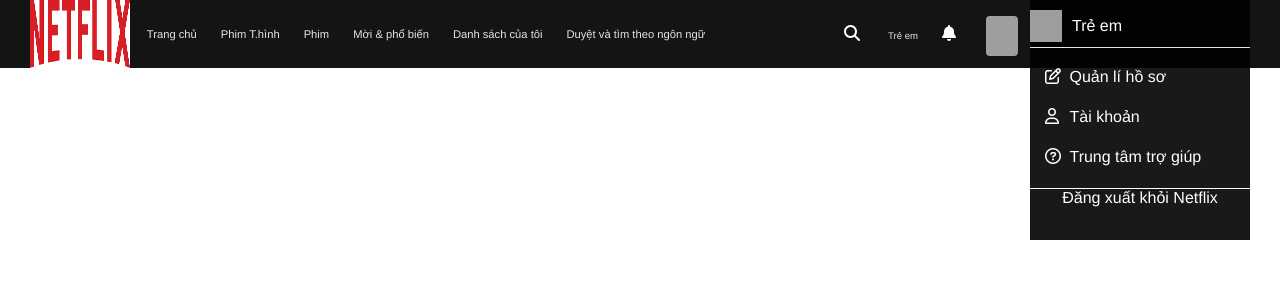
Repository: Tbs-Giang-Luong/neflix
Page: netflix/index.html
These files come from the project's save history. The page is drawn as it stood at one moment and after the next save; the edit follows.
The browser window is 1280 px wide. The pictures show the whole page.
Pictures or frames that could not be fetched are drawn as grey boxes.

Above is the page before, as saved 2022-10-11 16:09:39.

### netflix/index.html
<!DOCTYPE html>
<html lang="en">
<head>
    <meta charset="UTF-8">
    <meta http-equiv="X-UA-Compatible" content="IE=edge">
    <meta name="viewport" content="width=device-width, initial-scale=1.0">
    <link rel="stylesheet" href="./asset/css/grid.css">
    <link rel="stylesheet" href="./asset/fonts/fontawesome-free-6.2.0-web/css/all.min.css">
    <link rel="stylesheet" href="./asset/css/styles.css">
    <link rel="stylesheet" href="./asset/css/main.css">
    <title>Document</title>
</head>
<body>
    <div id="main grid wide">
        <div id="header">
            <img class="header-logo" src="data:[embedded picture, 4426 characters]" data-deferred="1" alt="upload.wikimedia.org/wikipedia/commons/thumb/0/..." data-atf="true" data-iml="706.6999999992549">
            <div class="header-main">
                <ui class="main__navigation">
                    <li class="navigation-item">
                        <a href="">Trang chủ</a>

                    </li>
                    <li class="navigation-item">
                        <a href="">Phim T.hình</a>

                    </li>
                    <li class="navigation-item">
                        <a href="">Phim</a>

                    </li>
                    <li class="navigation-item">
                        <a href="">Mời & phổ biến</a>

                    </li>
                    <li class="navigation-item">
                        <a href="">  Danh sách của tôi</a>

                    </li>
                    <li class="navigation-item">
                        <a href=""> Duyệt và tìm theo ngôn ngữ</a>

                    </li>
                </ui>
            </div>
            <div class="header__sub">
                <ul class="secondary__navigation">
                    <li class="header__sub-item">
                        <span class="header-search">
                            <i class="fa-solid fa-magnifying-glass"></i>
                        </span>

                    </li>
                    <li class="header__sub-item">
                        <a href="">Trẻ em</a>
                    </li>
                    <li class="header__sub-item display-notification ">
                        <span class="item-notification ">
                            <i class="fa-solid fa-bell"></i>
                            <div class="header__notification">
                                <h4>Không có thông báo gần đây</h4>
                            </div>
                        </span>

                    </li>
                    <li class="header__sub-item">
                        <img class="avatar" src="https://occ-0-325-58.1.nflxso.net/dnm/api/v6/K6hjPJd6cR6FpVELC5Pd6ovHRSk/AAAABY20DrC9-11ewwAs6nfEgb1vrORxRPP9IGmlW1WtKuaLIz8VxCx5NryzDK3_ez064IsBGdXjVUT59G5IRuFdqZlCJCneepU.png?r=229" alt="Avatar">
                    </li>
                    <div class="header__sub-register">
                        <header class="header__sub-register-title">
                            <img class="user-avatar" src="https://scontent.fhph1-1.fna.fbcdn.net/v/t39.30808-6/311119555_109525788604361_45868553879103488_n.jpg?_nc_cat=110&ccb=1-7&_nc_sid=8bfeb9&_nc_ohc=YA-Q0zFBo-MAX8DiBhv&_nc_ht=scontent.fhph1-1.fna&oh=00_AT-TR6HWOTBlD7z4vqIBG82bLVfP4k8ApmDVC3XX4fmfNQ&oe=6349D433" alt="">
                            <p>Trẻ em</p>
                        </header>
                        <ul class="main-register">
                            <li class="register-item">
                                <i class="fa-regular fa-pen-to-square"></i>
                                <a href="">Quản lí hồ sơ</a>
                            </li>
                            <li class="register-item">
                                <i class="fa-regular fa-user"></i>
                                <a href="">Tài khoản</a>
                            </li>
                            <li class="register-item">
                                <i class="fa-regular fa-circle-question"></i>
                                <a href="">Trung tâm trợ giúp</a>
                            </li>

                        </ul>
                        <span class="register-logout">

                            <a href="" >Đăng xuất khỏi Netflix</a>
                        </span>

                    </div>

                </ul>

            </div>


        </div>

        <div id="content">

        </div>

        <div id="footer">

        </div>
    </div>
</body>
</html>

### netflix/asset/css/grid.css
.grid {
    width: 100%;
    display: block;
    padding: 0;
}

.grid.wide {
    max-width: 1200px;
    margin: 0 auto;
}

.row {
    display: flex;
    flex-wrap: wrap;
    margin-left: -4px;
    margin-right: -4px;
}

.row.no-gutters {
    margin-left: 0;
    margin-right: 0;
}

.col {
    padding-left: 4px;
    padding-right: 4px;
}

.row.no-gutters .col {
    padding-left: 0;
    padding-right: 0;
}

.c-0 {
    display: none;
}

.c-1 {
    flex: 0 0 8.33333%;
    max-width: 8.33333%;
}

.c-2 {
    flex: 0 0 16.66667%;
    max-width: 16.66667%;
}

.c-3 {
    flex: 0 0 25%;
    max-width: 25%;
}

.c-4 {
    flex: 0 0 33.33333%;
    max-width: 33.33333%;
}

.c-5 {
    flex: 0 0 41.66667%;
    max-width: 41.66667%;
}

.c-6 {
    flex: 0 0 50%;
    max-width: 50%;
}

.c-7 {
    flex: 0 0 58.33333%;
    max-width: 58.33333%;
}

.c-8 {
    flex: 0 0 66.66667%;
    max-width: 66.66667%;
}

.c-9 {
    flex: 0 0 75%;
    max-width: 75%;
}

.c-10 {
    flex: 0 0 83.33333%;
    max-width: 83.33333%;
}

.c-11 {
    flex: 0 0 91.66667%;
    max-width: 91.66667%;
}

.c-12 {
    flex: 0 0 100%;
    max-width: 100%;
}

.c-o-1 {
    margin-left: 8.33333%;
}

.c-o-2 {
    margin-left: 16.66667%;
}

.c-o-3 {
    margin-left: 25%;
}

.c-o-4 {
    margin-left: 33.33333%;
}

.c-o-5 {
    margin-left: 41.66667%;
}

.c-o-6 {
    margin-left: 50%;
}

.c-o-7 {
    margin-left: 58.33333%;
}

.c-o-8 {
    margin-left: 66.66667%;
}

.c-o-9 {
    margin-left: 75%;
}

.c-o-10 {
    margin-left: 83.33333%;
}

.c-o-11 {
    margin-left: 91.66667%;
}

/* >= Tablet */
@media (min-width: 740px) {
    .row {
        margin-left: -8px;
        margin-right: -8px;
    }

    .col {
        padding-left: 8px;
        padding-right: 8px;
    }

    .m-0 {
        display: none;
    }

    .m-1,
    .m-2,
    .m-3,
    .m-4,
    .m-5,
    .m-6,
    .m-7,
    .m-8,
    .m-9,
    .m-10,
    .m-11,
    .m-12 {
        display: block;
    }

    .m-1 {
        flex: 0 0 8.33333%;
        max-width: 8.33333%;
    }

    .m-2 {
        flex: 0 0 16.66667%;
        max-width: 16.66667%;
    }

    .m-3 {
        flex: 0 0 25%;
        max-width: 25%;
    }

    .m-4 {
        flex: 0 0 33.33333%;
        max-width: 33.33333%;
    }

    .m-5 {
        flex: 0 0 41.66667%;
        max-width: 41.66667%;
    }

    .m-6 {
        flex: 0 0 50%;
        max-width: 50%;
    }

    .m-7 {
        flex: 0 0 58.33333%;
        max-width: 58.33333%;
    }

    .m-8 {
        flex: 0 0 66.66667%;
        max-width: 66.66667%;
    }

    .m-9 {
        flex: 0 0 75%;
        max-width: 75%;
    }

    .m-10 {
        flex: 0 0 83.33333%;
        max-width: 83.33333%;
    }

    .m-11 {
        flex: 0 0 91.66667%;
        max-width: 91.66667%;
    }

    .m-12 {
        flex: 0 0 100%;
        max-width: 100%;
    }

    .m-o-1 {
        margin-left: 8.33333%;
    }

    .m-o-2 {
        margin-left: 16.66667%;
    }

    .m-o-3 {
        margin-left: 25%;
    }

    .m-o-4 {
        margin-left: 33.33333%;
    }

    .m-o-5 {
        margin-left: 41.66667%;
    }

    .m-o-6 {
        margin-left: 50%;
    }

    .m-o-7 {
        margin-left: 58.33333%;
    }

    .m-o-8 {
        margin-left: 66.66667%;
    }

    .m-o-9 {
        margin-left: 75%;
    }

    .m-o-10 {
        margin-left: 83.33333%;
    }

    .m-o-11 {
        margin-left: 91.66667%;
    }
}

/* PC medium resolution > */
@media (min-width: 1113px) {
    .row {
        margin-left: -12px;
        margin-right: -12px;
    }

    .row.sm-gutter {
        margin-left: -5px;
        margin-right: -5px;
    }

    .col {
        padding-left: 12px;
        padding-right: 12px;
    }

    .row.sm-gutter .col {
        padding-left: 5px;
        padding-right: 5px;
    }

    .l-0 {
        display: none;
    }

    .l-1,
    .l-2,
    .l-2-4,
    .l-3,
    .l-4,
    .l-5,
    .l-6,
    .l-7,
    .l-8,
    .l-9,
    .l-10,
    .l-11,
    .l-12 {
        display: block;
    }

    .l-1 {
        flex: 0 0 8.33333%;
        max-width: 8.33333%;
    }

    .l-2 {
        flex: 0 0 16.66667%;
        max-width: 16.66667%;
    }

    .l-2-4 {
        flex: 0 0 20%;
        max-width: 20%;
    }

    .l-3 {
        flex: 0 0 25%;
        max-width: 25%;
    }

    .l-4 {
        flex: 0 0 33.33333%;
        max-width: 33.33333%;
    }

    .l-5 {
        flex: 0 0 41.66667%;
        max-width: 41.66667%;
    }

    .l-6 {
        flex: 0 0 50%;
        max-width: 50%;
    }

    .l-7 {
        flex: 0 0 58.33333%;
        max-width: 58.33333%;
    }

    .l-8 {
        flex: 0 0 66.66667%;
        max-width: 66.66667%;
    }

    .l-9 {
        flex: 0 0 75%;
        max-width: 75%;
    }

    .l-10 {
        flex: 0 0 83.33333%;
        max-width: 83.33333%;
    }

    .l-11 {
        flex: 0 0 91.66667%;
        max-width: 91.66667%;
    }

    .l-12 {
        flex: 0 0 100%;
        max-width: 100%;
    }

    .l-o-1 {
        margin-left: 8.33333%;
    }

    .l-o-2 {
        margin-left: 16.66667%;
    }

    .l-o-3 {
        margin-left: 25%;
    }

    .l-o-4 {
        margin-left: 33.33333%;
    }

    .l-o-5 {
        margin-left: 41.66667%;
    }

    .l-o-6 {
        margin-left: 50%;
    }

    .l-o-7 {
        margin-left: 58.33333%;
    }

    .l-o-8 {
        margin-left: 66.66667%;
    }

    .l-o-9 {
        margin-left: 75%;
    }

    .l-o-10 {
        margin-left: 83.33333%;
    }

    .l-o-11 {
        margin-left: 91.66667%;
    }
}

/* Tablet - PC low resolution */
@media (min-width: 740px) and (max-width: 1023px) {
    .wide {
        width: 644px;
    }
}

/* > PC low resolution */
@media (min-width: 1024px) and (max-width: 1239px) {
    .wide {
        width: 984px;
    }

    .wide .row {
        margin-left: -12px;
        margin-right: -12px;
    }

    .wide .row.sm-gutter {
        margin-left: -5px;
        margin-right: -5px;
    }

    .wide .col {
        padding-left: 12px;
        padding-right: 12px;
    }

    .wide .row.sm-gutter .col {
        padding-left: 5px;
        padding-right: 5px;
    }

    .wide .l-0 {
        display: none;
    }

    .wide .l-1,
    .wide .l-2,
    .wide .l-2-4,
    .wide .l-3,
    .wide .l-4,
    .wide .l-5,
    .wide .l-6,
    .wide .l-7,
    .wide .l-8,
    .wide .l-9,
    .wide .l-10,
    .wide .l-11,
    .wide .l-12 {
        display: block;
    }

    .wide .l-1 {
        flex: 0 0 8.33333%;
        max-width: 8.33333%;
    }

    .wide .l-2 {
        flex: 0 0 16.66667%;
        max-width: 16.66667%;
    }

    .wide .l-2-4 {
        flex: 0 0 20%;
        max-width: 20%;
    }

    .wide .l-3 {
        flex: 0 0 25%;
        max-width: 25%;
    }

    .wide .l-4 {
        flex: 0 0 33.33333%;
        max-width: 33.33333%;
    }

    .wide .l-5 {
        flex: 0 0 41.66667%;
        max-width: 41.66667%;
    }

    .wide .l-6 {
        flex: 0 0 50%;
        max-width: 50%;
    }

    .wide .l-7 {
        flex: 0 0 58.33333%;
        max-width: 58.33333%;
    }

    .wide .l-8 {
        flex: 0 0 66.66667%;
        max-width: 66.66667%;
    }

    .wide .l-9 {
        flex: 0 0 75%;
        max-width: 75%;
    }

    .wide .l-10 {
        flex: 0 0 83.33333%;
        max-width: 83.33333%;
    }

    .wide .l-11 {
        flex: 0 0 91.66667%;
        max-width: 91.66667%;
    }

    .wide .l-12 {
        flex: 0 0 100%;
        max-width: 100%;
    }

    .wide .l-o-1 {
        margin-left: 8.33333%;
    }

    .wide .l-o-2 {
        margin-left: 16.66667%;
    }

    .wide .l-o-3 {
        margin-left: 25%;
    }

    .wide .l-o-4 {
        margin-left: 33.33333%;
    }

    .wide .l-o-5 {
        margin-left: 41.66667%;
    }

    .wide .l-o-6 {
        margin-left: 50%;
    }

    .wide .l-o-7 {
        margin-left: 58.33333%;
    }

    .wide .l-o-8 {
        margin-left: 66.66667%;
    }

    .wide .l-o-9 {
        margin-left: 75%;
    }

    .wide .l-o-10 {
        margin-left: 83.33333%;
    }

    .wide .l-o-11 {
        margin-left: 91.66667%;
    }
}

### netflix/asset/css/styles.css
*{
    margin: 0;
    padding: 0;
    box-sizing: border-box;
}

:root {
    --height-header: 68px;
    --white-color:#fff;
    --header-color:#141414;
    --arrow-up-color:#e5e5e5;
}


body{

    font-family: Netflix Sans,Helvetica Neue,Helvetica,Arial,sans-serif;
}

### netflix/asset/css/main.css


#wrapper {
    background-color: rgb(20, 20, 20);

}


#header {
    width: 100%;
    height: 68px;
    background-color: #141414;
    /* background-color: #333; */
    display: flex;
    justify-content: space-between;
    padding: 0 30px;

}

.header-logo {
    width:100px;
    height: 68px;

    background-color: transparent;
    cursor: pointer;

}

/* navigation */

.header-main {
    cursor: pointer;

}

.main__navigation {
    display: flex;
    margin-left: -110px;
}

 .navigation-item a:first-child {
    font-size: 0.7rem;
    font-weight: 500;
}

.navigation-item ~ a :hover {
    color: #e5e5e5;
}

.navigation-item {
    list-style-type: none;
    height: 68px;

}
.navigation-item a {
  color: #e5e5e5;
  line-height: 68px;
  font-size: 0.6rem;
  font-weight: 300;
  text-decoration: none;
  padding: 0 12px;
  height: var();
  max-width: 110px;
  min-width: 24px;



}


/* Sub-navagation */

.header__sub {

}

.secondary__navigation {
    display: flex;
}

.header__sub-item {
    list-style: none;
    height: var(--height-header);
    cursor: pointer;
}

.header-search,
.item-notification {
    display: block;
    width: 20px;
    height: 20px;
    color: white;


}
.item-notification {
    position: relative;
}

.header__notification {
    position: absolute;
    top: 80px;
    right: 0;
    width: 400px;
    height: 116px;
    font-size: 0.8rem;
    font-weight: 300;
    text-align: center;
    color: #e5e5e5;
    border-top: 3px solid orange;
    background-color: #141414;
    transform-origin: top right;
    animation: displayNotification linear 0.4s;
    display: none;
}

.display-notification:hover .header__notification{
    display: block;
}

.header__notification::before{
    content: '';
    position: absolute;
    border-width: 6px 6px;
    border-style:solid;
    border-color: transparent transparent var(--arrow-up-color) transparent ;
    top: -15px;
    right: 8px;


}

.header__notification::after{

    position: absolute;
    display: block;
    border-style: solid;
    background-color: transparent;
    width: 40px;
    height: 8px;
    top: -15px;
    right: 0;


}

@keyframes displayNotification {
    from{
        opacity: 0;
        transform: scale(0);
    }
    to{
        opacity: 1;

        transform: scale(1);

    }
}

.header__sub-item a{
    text-decoration: none;
    color: #e5e5e5;
    font-size: 0.6rem;

}

.header__sub-item  {
    padding: 0 12px;
    line-height: var(--height-header);
}
/* .header__sub-item li + .header__sub-item li{
    padding: 0 12px;
} */

.avatar {
   width: 32px;
   height: 40px;
   margin-top: 16px;
   border-radius: 4px;
}

/* registers */





.header__sub-register {
    /* position: absolute; */
    width: 220px;
    height: 240px;

    background-color: rgba(0,0,0,.9);

}

.header__sub-register-title {
    display: flex;
    padding: 10px 0 5px;
    align-items: center;
    border-bottom: 1px solid var(--arrow-up-color);

}

.user-avatar {
    width: 32px;
    height: 32px;
    margin-right: 10px;
}

.header__sub-register-title p{
    color:var(--white-color);
    font-size: 1rem;
    font-weight: 400;
    flex: 1;

}



.main-register {
    padding: 10px 10px;
    border-bottom: 1px solid var(--white-color);
}

.register-item {
    padding: 10px 5px;
    list-style: none;

}

.register-item i {
    width: 20px;
    height: 20px;
    color: var(--white-color);
}

.register-item a{
    color: var(--white-color);
    font-size: 1rem;
    font-weight: 400;
    text-decoration: none;
}

.register-logout a {
    display: block;;
    text-decoration: none;
   text-align: center;
   color: var(--white-color);

}


#content {

}


#footer {

}

Loaded but not shown: netflix/asset/fonts/fontawesome-free-6.2.0-web/css/all.min.css (library)

After the next save:
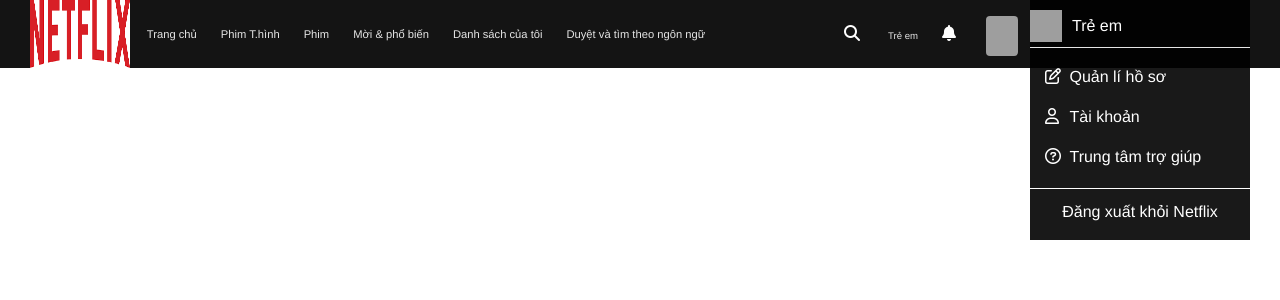
Saved 40 s later.
--- a/netflix/asset/css/main.css
+++ b/netflix/asset/css/main.css
@@ -247,6 +247,7 @@
     text-decoration: none;
    text-align: center;
    color: var(--white-color);
+   padding: 14px;
 
 }
 
